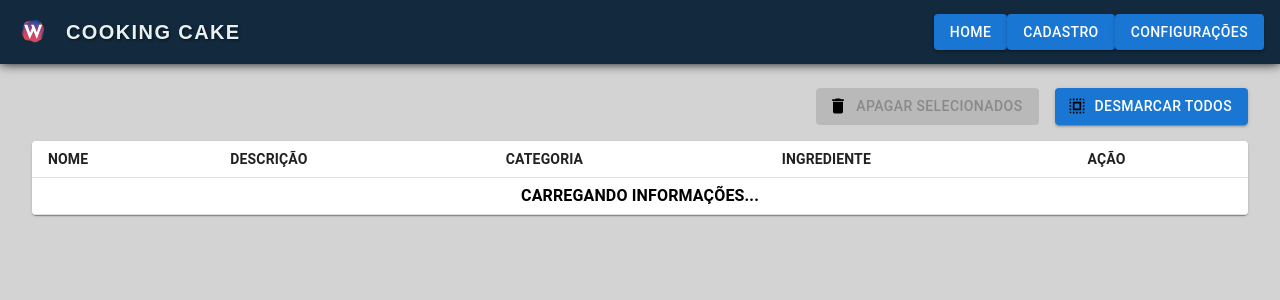
Repository: oZanella/projeto_windel_web_CRM
Page: /
The author's editor kept a copy of each file at every save. The page is drawn from the files as they stood at one save, then again after the next save.
The browser window is 1280 px wide. The pictures show the whole page.
The page's requests for data from a server got no answer. The project was rebuilt for these pictures with package versions that can differ from the ones it lists, and the page was loaded fresh each time. No one was signed in, and anything a server would have sent is missing. Also part of the build but not shown: vite.config.js, src/routes/Configuracoes.jsx. Imported but missing from the stored project, and not drawn on this page: src/routes/Cadastro.jsx.

Above is the page before, as saved 2024-08-19 10:36:05.

### index.html
<!doctype html>
<html lang="en">

<head>
  <meta charset="UTF-8" />
  <link rel="icon" type="image/svg+xml" href="./src/image/LogoWindel.svg" />
  <link rel="stylesheet" href="src/style/GlobalStyles.css" />
  <link href="https://fonts.googleapis.com/css2?family=Playfair+Display&display=swap" rel="stylesheet">

  <meta name="viewport" content="width=device-width, initial-scale=1.0" />
  <title>Projeto Teste - CRM </title>
</head>

<body>
  <div id="root"></div>
  <script type="module" src="/src/main.jsx"></script>
</body>

</html>

### src/style/GlobalStyles.css
:root {
  --click: #7fa8c4;
  --primary: #E8F1F2;
  --darkblue: #13293D;
  --secondary: #000000;
  --ligthblue: #1b98e0;
  --animation: #006494;
  --ligthkgrey: #D3D3D3;
  --blueceledron: #247ba0;
  --delete: #FF0000;
}

* {
    color: var(--secondary);
}

body {
  background-color: var(--ligthkgrey);
}

### src/main.jsx
import { createBrowserRouter, RouterProvider, Navigate } from "react-router-dom"
import { createRoot } from 'react-dom/client'
import { StrictMode } from 'react'
import { App } from './App.jsx'

import './style/GlobalStyles.css'

//páginas do projeto
import { Cadastro } from './routes/Cadastro.jsx'
import { Home } from './routes/Home.jsx'
import { Configuracoes } from './routes/configuracoes.jsx'

const router = createBrowserRouter([
  {
    element: <App />,
    children: [
      {
        path: '/',
        element: <Navigate to="/home" replace />,
      },
      {
        path: '/home',
        element: <Home />,
      },
      {
        path: '/cadastro',
        element: <Cadastro />,
      },
      {
        path: '/configuracoes',
        element: <Configuracoes />,
      },
    ],
  },
])

createRoot(document.getElementById('root')).render(
  <StrictMode>
    <RouterProvider router={router} />
  </StrictMode>,
)

### src/App.jsx
import { Header } from './components/Header'
import { Outlet } from 'react-router-dom'
import { Box } from '@mui/material'
import './style/GlobalStyles.css'

export function App() {
  return (
    <Box sx={{ p: { xs: 2, sm: 3 }, marginTop: { xs: 8, sm: 8 } }}>
      <Header />
      <Box>
        <Outlet />
      </Box>
    </Box>
  );
}

### src/routes/Home.jsx
import React, { useEffect, useState } from 'react';
import { Box, TextField, Button, Dialog, DialogActions, DialogContent, DialogTitle, Select, MenuItem, FormControl, InputLabel } from '@mui/material';

import { handleShowDetails, handleEdit, handleSave, handleInputChange } from '../components/Handle';
import { CardDados } from '../components/TableHome';

import { blogFetch } from '../axios/config';


export const Home = () => {
  const [posts, setPosts] = useState([]);
  const [selectInfo, setSelectInfo] = useState(null);
  const [modeEdit, setModeEdit] = useState(null);
  const [dataEdit, setDataEdit] = useState({});
  const [openAddDialog, setOpenAddDialog] = useState(false);
  const [newPost, setNewPost] = useState({ name: '', description: '', category: '' });

  const getPosts = async () => {
    try {
      const response = await blogFetch.get("/recipe");
      const uniqueData = response.data.filter((value, index, self) =>
        index === self.findIndex((t) => t.id === value.id)
      );
      setPosts(uniqueData); // Garante que não tenha dados duplicados
    } catch (error) {
      console.log(error);
    }
  };

  useEffect(() => {
    getPosts();
  }, []);

  const handleDelete = async (postId) => {
    try {
      await blogFetch.delete(`/recipe/${postId}`);
      setPosts(posts.filter(post => post.id !== postId));
      console.log('Post deletado com sucesso');
    } catch (error) {
      console.error('Erro ao deletar o post', error);
    }
  };

  const handleAddOpen = () => setOpenAddDialog(true);
  const handleAddClose = () => setOpenAddDialog(false);

  {/* API para envio do novo registro*/ }
  const handleAdd = async () => {
    try {
      const newPostFormatted = {
        name: newPost.name,
        description: newPost.description,
        ingredients: [],
        category: newPost.category,
        isFavorite: newPost.isFavorite
      };

      const response = await blogFetch.post("/recipe", newPostFormatted);
      setPosts([...posts, response.data]);
      setNewPost({ name: '', description: '', category: '', isFavorite: false });
      handleAddClose();
      console.log('Post adicionado com sucesso');
    } catch (error) {
      console.error('Erro ao adicionar o post', error);
    }
  };

  return (
    <Box>
      {/* Dados para Adicionar Novo Registro */}
      <Dialog open={openAddDialog} onClose={handleAddClose}>
        <DialogTitle>Adicionar Novo Registro</DialogTitle>
        <DialogContent>
          <TextField
            name="name"
            label="Nome"
            value={newPost.name}
            onChange={(e) => setNewPost({ ...newPost, name: e.target.value })}
            fullWidth
            sx={{ marginBottom: 2 }}
          />
          <TextField
            name="description"
            label="Descrição"
            value={newPost.description}
            onChange={(e) => setNewPost({ ...newPost, description: e.target.value })}
            fullWidth
            sx={{ marginBottom: 2 }}
          />
          <TextField
            name="category"
            label="Categoria"
            value={newPost.category}
            onChange={(e) => setNewPost({ ...newPost, category: e.target.value })}
            fullWidth
            sx={{ marginBottom: 2 }}
          />
          <FormControl fullWidth sx={{ marginBottom: 2 }}>
            <InputLabel>Favorito</InputLabel>
            <Select
              name="isFavorite"
              value={newPost.isFavorite}
              onChange={(e) => setNewPost({ ...newPost, isFavorite: e.target.value })}
              label="Favorito"
            >
              <MenuItem value={true}>Sim</MenuItem>
              <MenuItem value={false}>Não</MenuItem>

            </Select>
          </FormControl>
        </DialogContent>
        <DialogActions>
          <Button onClick={handleAddClose}>Cancelar</Button>
          <Button onClick={handleAdd}>Adicionar</Button>
        </DialogActions>
      </Dialog>

      <CardDados
        posts={posts}
        handleDelete={handleDelete}
        handleEdit={handleEdit}
        handleSave={handleSave}
        modeEdit={modeEdit}
        setModeEdit={setModeEdit}
        dataEdit={dataEdit}
        setDataEdit={setDataEdit}
        handleInputChange={handleInputChange}
        selectInfo={selectInfo}
        setSelectInfo={setSelectInfo}
        handleShowDetails={handleShowDetails}
      />
    </Box>
  );
};

### src/components/Header.jsx
import { AppBar, Toolbar, Typography, Box, Button, IconButton } from '@mui/material';
import Logo from '../image/LogoWindel.svg';
import { Link } from 'react-router-dom';
import React from 'react';

export const Header = () => {
  return (

    // Header fundo 1 //
    <AppBar
      position="fixed"
      sx={{
        width: '100%',
        boxShadow: '0px 0.01px 11px var(--secondary)',
        top: 0,
        left: 0,
      }}
    >

      {/* Header fundo 2 */}
      <Toolbar
        sx={{
          display: 'flex',
          alignItems: 'center',
          padding: { xs: '0px', sm: '0px' },
          justifyContent: 'space-between',
          height: '64px',
          minHeight: '64px',
          backgroundColor: 'var(--darkblue)',
          boxSizing: 'border-box',
        }}
      >
        {/* Logo da principal */}
        <IconButton
          to={`/home`}
          edge="start"
          sx={{
            ml: { xs: 0 },
            cursor: 'default',
          }}
          component={Link}
          aria-label="logo"
        >
          <img src={Logo} alt="Logo" style={{ width: '50px', height: '40px' }} />
        </IconButton>

        {/* Titulo da pagina */}
        <Typography
          variant="h6"
          sx={{
            display: { xs: 'none', sm: 'block' },
            color: 'var(--primary)',
            fontWeight: 'bold',
            letterSpacing: '0.07em',
            textTransform: 'uppercase',                 //text em maiusculo
            textShadow: '1px 1px 3px rgba(0,0,0,0.6)',
            fontFamily: 'Arial, serif',
            flexGrow: 1,
          }}
        >
          Cooking Cake
        </Typography>

        {/* Botões */}
        <Box
          variant="text"
            component={Link}
            to={`/cadastro`}
            sx={{
              position: 'relative',
              color: 'var(--primary)',
              fontWeight: 'bold',
              textTransform: 'uppercase',
              fontFamily: 'Arial, serif',
              padding: '8px 16px',
              border: 'none',
              textDecoration: 'none',
              backgroundColor: 'transparent',
              '&:before': {
                content: '""',
                position: 'absolute',
                left: 0,
                bottom: 0,
                width: '100%',
                height: '2px',
                backgroundColor: 'var(--primary)',
                transform: 'scaleX(0)',
                transformOrigin: 'bottom right',
                transition: 'transform 0.3s ease',
              },
              '&:hover:before': {
                transform: 'scaleX(1)',
                transformOrigin: 'bottom left',
              },
              '&:focus': {
                outline: 'none',
              },
            }}
          >
          <Button variant="contained" component={Link} to={`/home`}>Home</Button>
          <Button variant="contained" component={Link} to={`/cadastro`}>Cadastro</Button>
          <Button variant="contained" component={Link} to={`/configuracoes`}>Configurações</Button>
        </Box>
      </Toolbar>
    </AppBar>
  );
};

### src/components/Handle.jsx

import { blogFetch } from '../axios/config';


export const handleShowDetails = (post, setSelectInfo, selectInfo) => {
  if (selectInfo?.id === post.id) {
    setSelectInfo(null); // Fecha se já estiver aberto
  } else {
    setSelectInfo(post); // Abre o post atual
  }
};

export const handleEdit = (post, setModeEdit, setDataEdit) => {
  setModeEdit(post.id);
  setDataEdit(post);
};

//continua com erro, verificar!!
export const handleSave = async (postId, updateData) => {
  try {
    // Envie uma requisição PUT ou POST para salvar os dados atualizados
    const response = await blogFetch.put(`/blogFetch/posts/${postId}`, updateData);
    console.log('Dados salvos com sucesso', response.data);

  } catch (error) {
    console.error('Erro de API', error);
  }
};

export const handleInputChange = (e, setDataEdit) => {
  setDataEdit(prevDataEdit => ({ ...prevDataEdit, [e.target.name]: e.target.value }));
};

### src/components/TableHome.jsx
import React, { useState, useEffect } from 'react';
import {
  Table, TableBody, TableCell, TableContainer, TableHead, TableRow, Typography, Box, Button, IconButton, TextField, Dialog, DialogContent, DialogActions, FormControlLabel, Switch, Chip, Paper, Checkbox
} from '@mui/material';
import EditIcon from '@mui/icons-material/Edit';
import SaveIcon from '@mui/icons-material/Save';
import AddIcon from '@mui/icons-material/Add';
import CloseIcon from '@mui/icons-material/Close';
import DeleteIcon from '@mui/icons-material/Delete';
import SelectAllIcon from '@mui/icons-material/SelectAll';
import axios from 'axios';

const API_BASE_URL = 'https://teste-tecnico-front-api.up.railway.app';

export const CardDados = ({
  posts, setPosts, handleDelete
}) => {
  const [openModal, setOpenModal] = useState(false);
  const [currentPost, setCurrentPost] = useState(null);
  const [dataEdit, setDataEdit] = useState({});
  const [newIngredient, setNewIngredient] = useState('');
  const [selectedPosts, setSelectedPosts] = useState([]);

  useEffect(() => {
    if (currentPost) {
      setDataEdit({ ...currentPost });
    }
  }, [currentPost]);

  const handleEditOpen = (post) => {
    setCurrentPost(post);
    setOpenModal(true);
  };

  const handleEditClose = () => {
    setOpenModal(false);
    setCurrentPost(null);
    setNewIngredient('');
  };

  const handleSaveModal = async () => {
    if (currentPost) {
      try {
        await axios.put(`${API_BASE_URL}/posts/${currentPost.id}`, dataEdit);
        const response = await axios.get(`${API_BASE_URL}/posts`);
        setPosts(response.data);
        handleEditClose();
      } catch (error) {
        console.error('Error ao salvar:', error);
      }
    }
  };

  const handleAddIngredient = () => {
    if (newIngredient.trim() !== '') {
      setDataEdit((prevData) => ({
        ...prevData,
        ingredients: [...(prevData.ingredients || []), newIngredient.trim()],
      }));
      setNewIngredient('');
    }
  };

  const handleRemoveIngredient = (ingredientToRemove) => {
    setDataEdit((prevData) => ({
      ...prevData,
      ingredients: (prevData.ingredients || []).filter((ingredient) => ingredient !== ingredientToRemove),
    }));
  };

  const handleSelectAll = () => {
    if (selectedPosts.length === posts.length) {
      setSelectedPosts([]); // Deselect all
    } else {
      setSelectedPosts(posts.map(post => post.id)); // Select all
    }
  };

  const handleDeleteSelected = async () => {
    try {
      await Promise.all(selectedPosts.map(id => axios.delete(`${API_BASE_URL}/posts/${id}`)));
      const response = await axios.get(`${API_BASE_URL}/posts`);
      setPosts(response.data);
      setSelectedPosts([]);
    } catch (error) {
      console.error('Error ao apagar os registros:', error);
    }
  };

  const handleSelectPost = (id) => {
    setSelectedPosts(prevSelected =>
      prevSelected.includes(id)
        ? prevSelected.filter(postId => postId !== id)
        : [...prevSelected, id]
    );
  };

  return (
    <>
      <Box sx={{ display: 'flex', justifyContent: 'flex-end', mb: 2 }}>
        <Button
          variant="contained"
          color="error"
          startIcon={<DeleteIcon />}
          onClick={handleDeleteSelected}
          disabled={selectedPosts.length === 0}
          sx={{ marginRight: 2 }}
        >
          Apagar Selecionados
        </Button>
        <Button
          variant="contained"
          color="primary"
          startIcon={<SelectAllIcon />}
          onClick={handleSelectAll}
        >
          {selectedPosts.length === posts.length ? 'Desmarcar Todos' : 'Selecionar Todos'}
        </Button>
      </Box>

      {/* Tabela aonde aparece os dados */}
      <TableContainer component={Paper} sx={{ overflowX: 'auto' }}>
        <Table size='small'>
          <TableHead>
            <TableRow>
              <TableCell sx={{ fontWeight: 'bold', textTransform: 'uppercase' }}>Nome</TableCell>
              <TableCell sx={{ fontWeight: 'bold', textTransform: 'uppercase' }}>Descrição</TableCell>
              <TableCell sx={{ fontWeight: 'bold', textTransform: 'uppercase' }}>Categoria</TableCell>
              <TableCell sx={{ fontWeight: 'bold', textTransform: 'uppercase' }}>Ingrediente</TableCell>
              <TableCell sx={{ fontWeight: 'bold', textTransform: 'uppercase' }}>Ação</TableCell>
            </TableRow>
          </TableHead>
          <TableBody>
            {posts.length === 0 ? (
              <TableRow>
                <TableCell colSpan={5} align="center">
                  <Typography variant="body1" sx={{ fontWeight: 'bold', textTransform: 'uppercase' }}>Carregando informações...</Typography>
                </TableCell>
              </TableRow>
            ) : (
              posts.map((post) => (
                <TableRow sx={{ height: 'auto' }} key={post.id}>
                  <TableCell sx={{ padding: '8px' }}>
                    {post.name}
                  </TableCell>
                  <TableCell sx={{ padding: '8px' }}>{post.description}</TableCell>
                  <TableCell sx={{ padding: '8px' }}>{post.category}</TableCell>

                  <TableCell sx={{ padding: '8px' }}>
                    <Box sx={{
                      display: 'flex',
                      flexWrap: 'wrap',
                      overflowX: 'auto',
                      gap: 1,
                      width: '100%',
                    }}>
                      {post.ingredients && post.ingredients.length > 0 ? (
                        post.ingredients.map((ingredient) => (
                          <Box
                            key={ingredient.id}
                            sx={{
                              display: 'flex',
                              flexDirection: 'column',
                              alignItems: 'flex-start',
                              marginRight: 1,
                              marginBottom: 1,
                            }}
                          >
                            <Typography variant="body1">{ingredient.name}</Typography>
                            <Typography variant="body2" color="textSecondary">
                              Quantidade: {ingredient.quantity}
                            </Typography>
                          </Box>
                        ))
                      ) : (
                        <Typography variant="body2">Nenhum ingrediente disponível</Typography>
                      )}
                    </Box>
                  </TableCell>

                  <TableCell>
                    <Box sx={{ display: 'flex', alignItems: 'center' }}>
                      <Checkbox
                        checked={selectedPosts.includes(post.id)}
                        onChange={() => handleSelectPost(post.id)}
                        color="primary"
                      />
                      <IconButton
                        color="primary"
                        onClick={() => handleEditOpen(post)}
                        sx={{ mr: 1 }}
                      >
                        <EditIcon />
                      </IconButton>
                      <IconButton
                        color="error"
                        onClick={() => handleDelete(post.id)}
                      >
                        <DeleteIcon />
                      </IconButton>
                    </Box>
                  </TableCell>
                </TableRow>
              ))
            )}
          </TableBody>
        </Table>
      </TableContainer>

      {/* Modal de edição */}
      <Dialog open={openModal} onClose={handleEditClose} fullWidth maxWidth="sm">
        <DialogContent>
          {currentPost && (
            <Box component="form" sx={{ display: 'flex', flexDirection: 'column', gap: 2 }}>
              <TextField
                name="name"
                label="Nome"
                value={dataEdit.name || ''}
                onChange={(e) => setDataEdit({ ...dataEdit, name: e.target.value })}
                fullWidth
                sx={{ marginBottom: 2 }}
              />
              <TextField
                name="description"
                label="Descrição"
                value={dataEdit.description || ''}
                onChange={(e) => setDataEdit({ ...dataEdit, description: e.target.value })}
                fullWidth
                sx={{ marginBottom: 2 }}
              />
              <TextField
                name="category"
                label="Categoria"
                value={dataEdit.category || ''}
                onChange={(e) => setDataEdit({ ...dataEdit, category: e.target.value })}
                fullWidth
                sx={{ marginBottom: 2 }}
              />
              <FormControlLabel
                control={
                  <Switch
                    checked={dataEdit.isFavorite || false}
                    onChange={(e) => setDataEdit({ ...dataEdit, isFavorite: e.target.checked })}
                    name="isFavorite"
                    color="primary"
                  />
                }
                label="Favorito"
                sx={{ marginTop: 1 }}
              />
              <Box sx={{ marginTop: 2 }}>
                <Typography variant="h6" sx={{ mb: 1 }}>Ingredientes</Typography>
                {dataEdit.ingredients && dataEdit.ingredients.map((ingredient, index) => (
                  <Chip
                    key={index}
                    label={`${ingredient.name} (${ingredient.quantity})`}
                    onDelete={() => handleRemoveIngredient(ingredient)}
                    sx={{ marginRight: 1, marginBottom: 1 }}
                    deleteIcon={<CloseIcon />}
                  />
                ))}
                <Box sx={{ display: 'flex', alignItems: 'center', mt: 2 }}>
                  <TextField
                    value={newIngredient}
                    onChange={(e) => setNewIngredient(e.target.value)}
                    label="Novo ingrediente"
                    variant="outlined"
                    size="small"
                    sx={{ marginRight: 1 }}
                  />
                  <Button
                    variant="contained"
                    color="primary"
                    onClick={handleAddIngredient}
                    startIcon={<AddIcon />}
                  >
                    Adicionar
                  </Button>
                </Box>
              </Box>
            </Box>
          )}
        </DialogContent>
        <DialogActions>
          <Button onClick={handleEditClose} color="inherit">
            Cancelar
          </Button>
          <Button
            onClick={handleSaveModal}
            color="primary"
            variant="contained"
            startIcon={<SaveIcon />}
          >
            Salvar
          </Button>
        </DialogActions>
      </Dialog>
    </>
  );
};

### src/axios/config.jsx
// src/axios/config.js
import axios from 'axios';

export const blogFetch = axios.create({
  baseURL: 'https://teste-tecnico-front-api.up.railway.app',
  headers: {
    'Content-Type': 'application/json',
  },
});

After the next save:
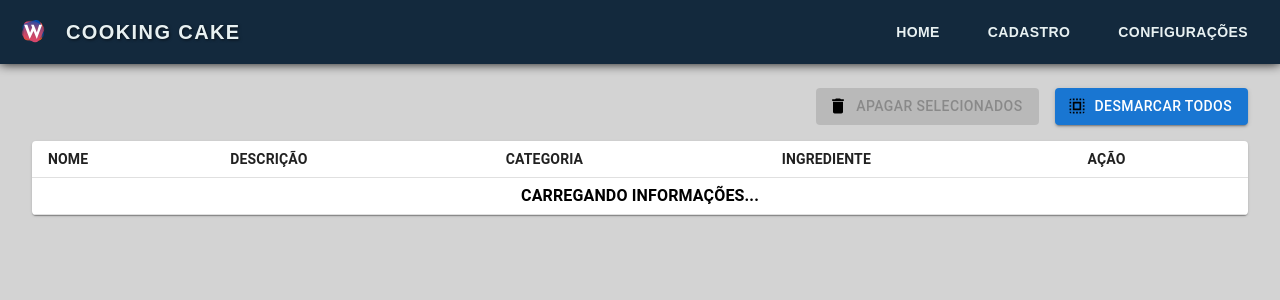
Saved 26 s later.
--- a/src/components/Header.jsx
+++ b/src/components/Header.jsx
@@ -5,7 +5,6 @@ import React from 'react';
 
 export const Header = () => {
   return (
-
     // Header fundo 1 //
     <AppBar
       position="fixed"
@@ -63,7 +62,54 @@ export const Header = () => {
 
         {/* Botões */}
         <Box
-          variant="text"
+          sx={{
+            mr: { xs: 0, sm: 2 },
+            gap: 2,
+            display: 'flex',
+            alignItems: 'center',
+            flexGrow: { xs: 1, sm: 0 },
+            justifyContent: { xs: 'center' },
+          }}
+        >
+          <Button
+            variant="text"
+            component={Link}
+            to={`/home`}
+            sx={{
+              position: 'relative',
+              color: 'var(--primary)',
+              fontWeight: 'bold',
+              textTransform: 'uppercase',
+              fontFamily: 'Arial, serif',
+              padding: '8px 16px',
+              border: 'none',
+              textDecoration: 'none',
+              backgroundColor: 'transparent',
+              '&:before': {
+                content: '""',
+                position: 'absolute',
+                left: 0,
+                bottom: 0,
+                width: '100%',
+                height: '2px',
+                backgroundColor: 'var(--primary)',
+                transform: 'scaleX(0)',
+                transformOrigin: 'bottom right',
+                transition: 'transform 0.3s ease',
+              },
+              '&:hover:before': {
+                transform: 'scaleX(1)',
+                transformOrigin: 'bottom left',
+              },
+              '&:focus': {
+                outline: 'none',
+              },
+            }}
+          >
+            Home
+          </Button>
+          <Button
+            variant="text"
             component={Link}
             to={`/cadastro`}
             sx={{
@@ -97,9 +143,45 @@ export const Header = () => {
               },
             }}
           >
-          <Button variant="contained" component={Link} to={`/home`}>Home</Button>
-          <Button variant="contained" component={Link} to={`/cadastro`}>Cadastro</Button>
-          <Button variant="contained" component={Link} to={`/configuracoes`}>Configurações</Button>
+            Cadastro
+          </Button>
+          <Button
+            variant="text"
+            component={Link}
+            to={`/configuracoes`}
+            sx={{
+              position: 'relative',
+              color: 'var(--primary)',
+              fontWeight: 'bold',
+              textTransform: 'uppercase',
+              fontFamily: 'Arial, serif',
+              padding: '8px 16px',
+              border: 'none',
+              textDecoration: 'none',
+              backgroundColor: 'transparent',
+              '&:before': {
+                content: '""',
+                position: 'absolute',
+                left: 0,
+                bottom: 0,
+                width: '100%',
+                height: '2px',
+                backgroundColor: 'var(--primary)',
+                transform: 'scaleX(0)',
+                transformOrigin: 'bottom right',
+                transition: 'transform 0.3s ease',
+              },
+              '&:hover:before': {
+                transform: 'scaleX(1)',
+                transformOrigin: 'bottom left',
+              },
+              '&:focus': {
+                outline: 'none',
+              },
+            }}
+          >
+            Configurações
+          </Button>
         </Box>
       </Toolbar>
     </AppBar>
